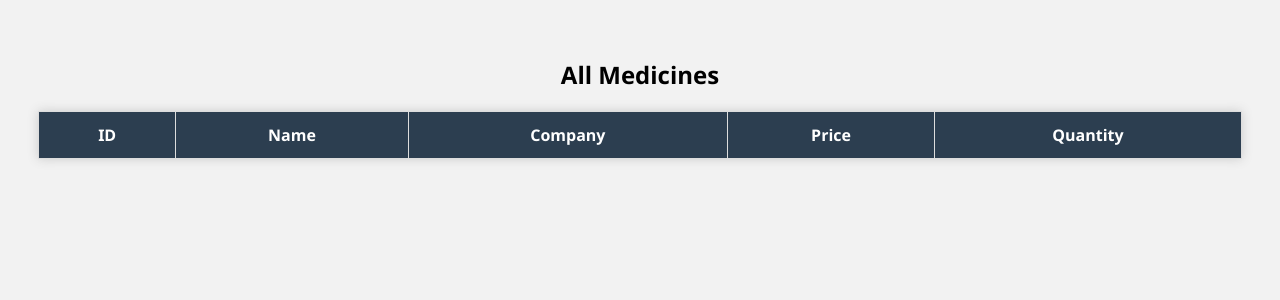
Repository: sal12321/Medi-Manager
Page: http://localhost/mediCO/view_all.jsp
An editor plug-in stored every save of this project. The page is shown before and after the next save, followed by the edit.
The browser window is 1280 px wide. The pictures show the whole page.
The page is served by Tomcat 10. Queries for data that is not in the repository find no rows.

Above is the page before, as saved 2025-08-07 13:32:57.

After the next save:
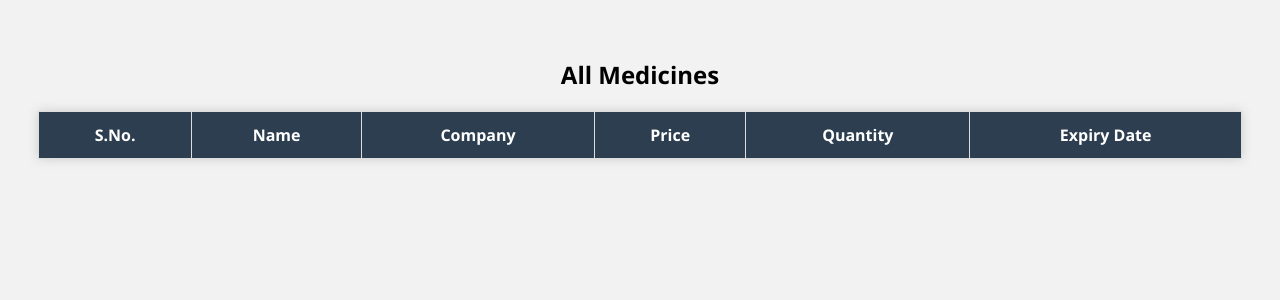
Saved 4 min 37 s later.
--- a/mediCO/src/main/webapp/view_all.jsp
+++ b/mediCO/src/main/webapp/view_all.jsp
@@ -18,38 +18,34 @@ class Medicine {
     }
 }
 
+ArrayList<Medicine> medicines = new ArrayList<>();
 
-    ArrayList<Medicine> medicines = new ArrayList<>();
+try {
+    Class.forName("com.mysql.cj.jdbc.Driver");
+    Connection conn = DriverManager.getConnection(
+        "jdbc:mysql://localhost:3306/med2025", "root", "root@123");
 
-    try {
-        Class.forName("com.mysql.cj.jdbc.Driver");
-        Connection conn = DriverManager.getConnection(
-            "jdbc:mysql://localhost:3306/med2025"	, "root", "root@123");
+    Statement stmt = conn.createStatement();
+    ResultSet rs = stmt.executeQuery("SELECT * FROM medicine ORDER BY name ASC");
 
-        Statement stmt = conn.createStatement();
+    while (rs.next()) {
+        Medicine m = new Medicine(
+            rs.getInt("id"),
+            rs.getString("name"),
+            rs.getString("company"),
+            rs.getDouble("price"),
+            rs.getInt("quantity"),
+            rs.getDate("expiry")
+        );
+        medicines.add(m);
+    }
 
-        ResultSet rs = stmt.executeQuery("SELECT * FROM medicine ORDER BY name ASC");
-
-
-        while (rs.next()) {
-        	Medicine m = new Medicine(
-        		    rs.getInt("id"),
-        		    rs.getString("name"),
-        		    rs.getString("company"),
-        		    rs.getDouble("price"),
-        		    rs.getInt("quantity"),
-        		    rs.getDate("expiry")
-        		);
-
-            medicines.add(m);
-        }
-
-        rs.close();
-        stmt.close();
-        conn.close();
-    } catch (Exception e) {
-        out.println("<p style='color:red;'>Error: " + e.getMessage() + "</p>");
-    }
+    rs.close();
+    stmt.close();
+    conn.close();
+} catch (Exception e) {
+    out.println("<p style='color:red;'>Error: " + e.getMessage() + "</p>");
+}
 %>
 
 <!DOCTYPE html>
@@ -83,44 +79,38 @@ class Medicine {
         tr:nth-child(even) {
             background-color: #f9f9f9;
         }
+        .expired {
+            background-color: #f8d7da;
+            color: #721c24;
+        }
     </style>
 </head>
 <body>
     <h2>All Medicines</h2>
     <table>
         <tr>
-            <th>ID</th>
+            <th>S.No.</th>
             <th>Name</th>
             <th>Company</th>
             <th>Price</th>
             <th>Quantity</th>
+            <th>Expiry Date</th>
         </tr>
         <%
+            java.util.Date today = new java.util.Date();
+            int serialNo = 1;
             for (Medicine m : medicines) {
+                boolean isExpired = m.expiry.before(today);
         %>
-        <tr>
-            <td><%= m.id %></td>
+        <tr class="<%= isExpired ? "expired" : "" %>">
+            <td><%= serialNo++ %></td>
             <td><%= m.name %></td>
             <td><%= m.company %></td>
             <td><%= m.price %></td>
             <td><%= m.quantity %></td>
+            <td><%= m.expiry %></td>
         </tr>
         <% } %>
-        <%
-    java.util.Date today = new java.util.Date();
-    for (Medicine m : medicines) {
-        boolean isExpired = m.expiry.before(today);
-%>
-<tr style="<%= isExpired ? "background-color: #f8d7da;" : "" %>">
-    <td><%= m.id %></td>
-    <td><%= m.name %></td>
-    <td><%= m.company %></td>
-    <td><%= m.price %></td>
-    <td><%= m.quantity %></td>
-    <td><%= m.expiry %></td>
-</tr>
-<% } %>
-
     </table>
 </body>
 </html>
